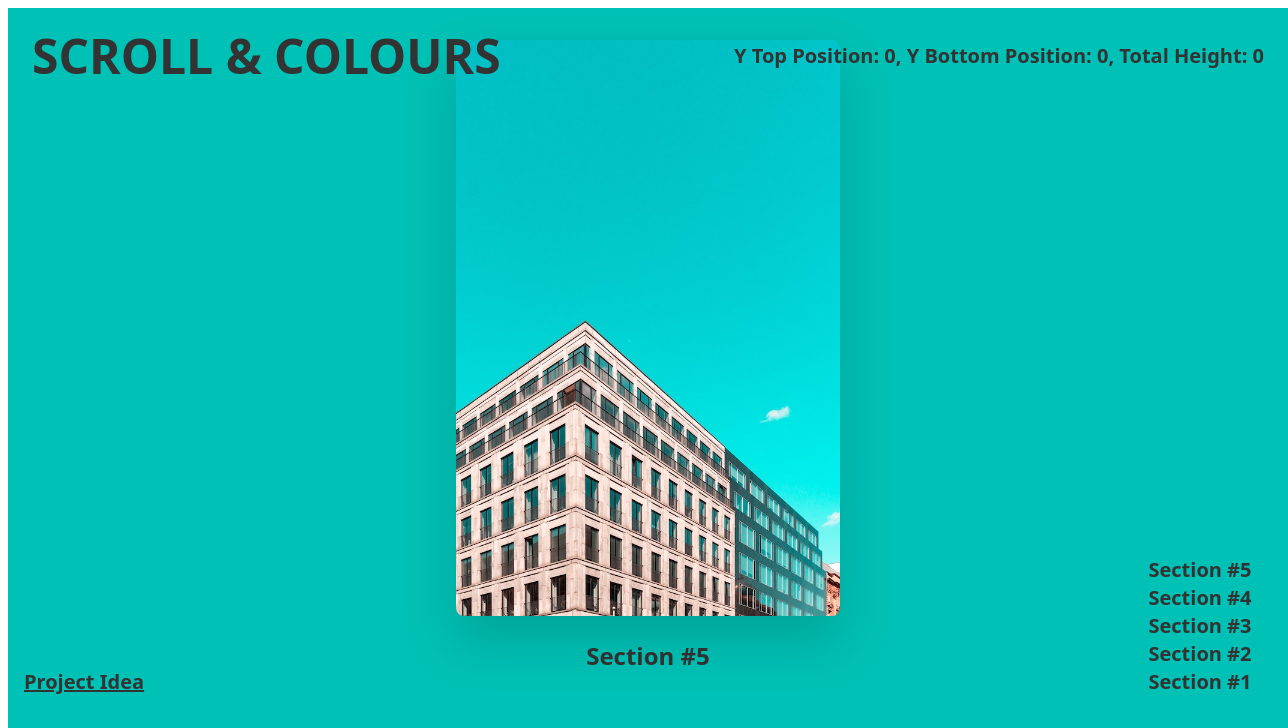
Repository: chelle-c/smooth-scroll-colours
Page: /
These files come from the project's save history. The page is drawn as it stood at one moment and after the next save; the edit follows.
The browser window is 1280 px wide. The page is 1288 px wide, so the pictures cover 1288 px, including what lies to the right of the window. The pictures show the whole page.
An inner scrolling area shows only its first screen. The project was rebuilt for these pictures with package versions that can differ from the ones it lists, and the page was loaded fresh each time. Imported but missing from the stored project, and not drawn on this page: images.

Above is the page before, as saved 2022-09-30 21:45:41.

After the next save:
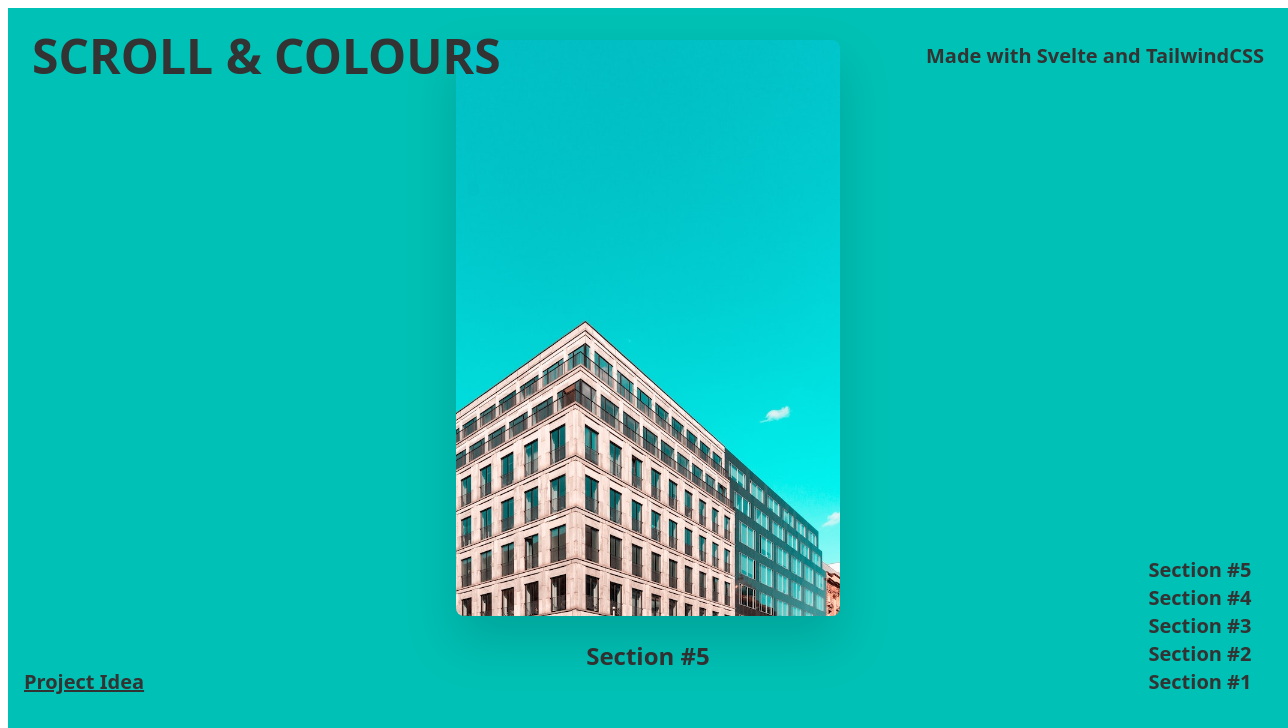
Saved 2 min 44 s later.
--- a/src/App.svelte
+++ b/src/App.svelte
@@ -74,7 +74,7 @@
 			</h1>
 		</div>
 		<div class="font-sans font-bold text-xl">
-			Y Top Position: {yTop}, Y Bottom Position: {yBottom}, Total Height: {yHeight}
+			Made with Svelte and TailwindCSS
 		</div>
 	</div>
 
